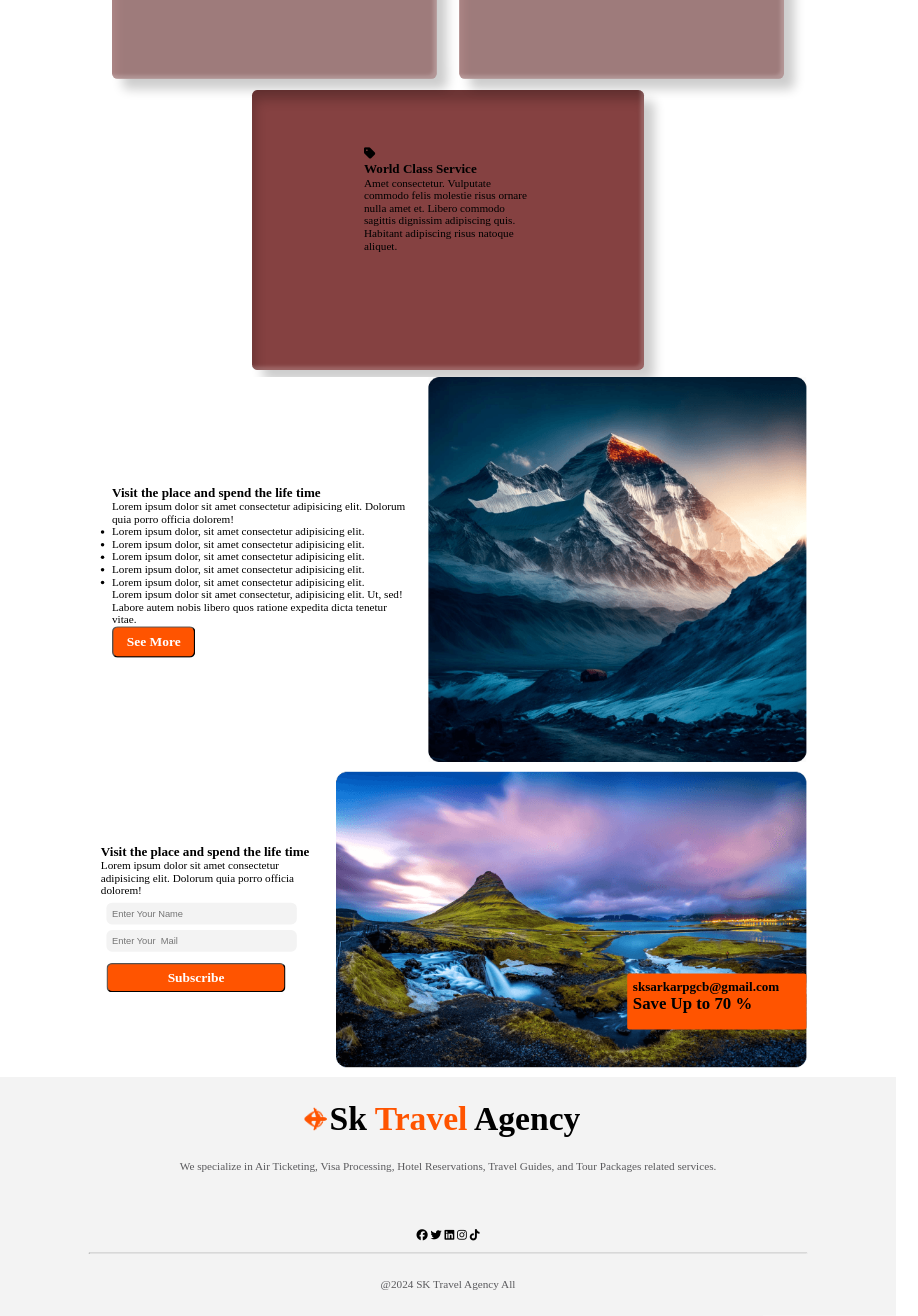
Repository: sumonkumarsarkar/Sk-Travel-Agency-
Page: index.html
An editor plug-in stored every save of this project. The page is shown before and after the next save, followed by the edit.
The browser window is 1280 px wide. The page is 1312 px wide, so the pictures cover 1312 px, including what lies to the right of the window. The pictures show the part of the page from y = 2851 to 4731 px (the page is 4731 px tall), at 70% of full size.

Above is the page before, as saved 2024-01-17 16:11:19.

### index.html
<!DOCTYPE html>
<html lang="en">
<head>
    <meta charset="UTF-8">
    <meta name="viewport" content="width=device-width, initial-scale=1.0">
    <title>Sk-Travel-Agency</title>
    <link rel="stylesheet" href="./style.css">

    <link rel="stylesheet" href="https://cdnjs.cloudflare.com/ajax/libs/font-awesome/6.5.1/css/all.min.css" integrity="sha512-DTOQO9RWCH3ppGqcWaEA1BIZOC6xxalwEsw9c2QQeAIftl+Vegovlnee1c9QX4TctnWMn13TZye+giMm8e2LwA==" crossorigin="anonymous" referrerpolicy="no-referrer" />
</head>
<body>
    <header>
         <div class="container">
            <nav>
                <div class="icon-header">
                    <p> <span><img src="./Images/Group 40071 (2).png" alt=""></span>Sk-Travel-Agency</p>
                </div>
                <div class="menu-header">
                    <ul>
                        <li><a href="#">Home</a></li>
                        <li><a href="#">About</a></li>
                        <li><a href="#">Package</a></li>
                        <li><a href="#">Blog</a></li>
                        <li><a href="#">Contact</a></li>
                    </ul>
                </div>
            </nav>
         </div>


<div class="container">
    <div class="banner-section">
        <h2>Our Service</h2>
        <p>Lorem ipsum dolor sit amet consectetur adipisicing elit. Placeat in, ex esse distinctio veritatis error?</p>
        <div class="banner-button">
         <h3>where </h3>
         <h3>when<span><i class="fa-solid fa-chevron-down"></i></span></h3>
         <h3>when<span><i class="fa-solid fa-chevron-down"></i></span></h3>

        <button type="button"> <span><i class="fa-solid fa-magnifying-glass"></i></span>Find Now</button>
        </div>
       </div>

</div>


<div class="container">
    <div class="container-item">
        <div class="text-item">
         <h3>Our Popular Place</h3>
         <p>Lorem ipsum dolor sit amet consectetur adipisicing elit. Dolorum quia porro officia dolorem!</p>
         <ul>
            <li><p>Lorem ipsum dolor, sit amet consectetur adipisicing elit.</p></li>
            <li><p>Lorem ipsum dolor, sit amet consectetur adipisicing elit.</p></li>
            <li><p>Lorem ipsum dolor, sit amet consectetur adipisicing elit.</p></li>
            <li><p>Lorem ipsum dolor, sit amet consectetur adipisicing elit.</p></li>
            <li><p>Lorem ipsum dolor, sit amet consectetur adipisicing elit.</p></li>
         </ul>
         <p>Lorem ipsum dolor sit amet consectetur, adipisicing elit. Ut, sed! Labore autem nobis libero quos ratione expedita dicta tenetur vitae.</p>
         <button type="button">See More</button>
        </div>
        <div class="container-img-item">
            <img src="./Images/Rectangle 4.png" alt="">
        </div>
    </div>
</div>

    </header>


    <main>


        <!-- Choose Your place start   -->


<div class="container">
     <div class="container-text">
        <h2>Choose Your Place</h2>
        <p>Lorem ipsum dolor sit, amet consectetur adipisicing elit. Molestias est ipsum fugiat nemo, quis impedit molestiae quibusdam similique consequatur ex.</p>
     </div>
     <div class="container-image">

        <div class="img-row">
            <div class="image">
                <img src="./Images/Rectangle 5.png" alt="">
                <h3>Maldives</h3>
             </div>
             <div class="image">
                <img src="./Images/Rectangle 5.png" alt="">
                <h3>Indonesia</h3>
             </div>
        </div>

        <div class="img-row">
            <div class="image">
                <img src="./Images/Rectangle 6.png" alt="">
                <h3>Srilanka</h3>
             </div>
             <div class="image">
                <img src="./Images/Rectangle 7.png" alt="">
                <h3>North America</h3>
             </div>
             <div class="image">
                <img src="./Images/Rectangle 9.png" alt="">
                <h3>Kashmi</h3>
             </div>
        </div>

        <div class="img-row">
            <div class="image">
                <img src="./Images/Rectangle 11.png" alt="">
                <h3>Bangladesh</h3>
             </div>
             <div class="image">
                <img src="./Images/Rectangle 10.png" alt="">
                <h3>Bandarban</h3>
             </div>
        </div>
     </div>
</div>

        <!-- Choose Your place end
           -->


   <!-- card start   -->



   <div class="container">
    <div class="container-text">
       <h2>Why Choose Us</h2>
       <p>Dolor sit amet consectetur. Diam volutpat neque habitasse pharetra odio sit massa. Sodales dictumst nec nibh pellentesque.</p>
    </div>

        <div class="container-card">
            <div class="card">
                <span><i class="fa-solid fa-hotel"></i></span>
                <h3>Handpicked Hotels</h3>
                <p>Amet consectetur. Vulputate commodo felis molestie risus  ornare nulla amet et. Libero commodo sagittis dignissim adipiscing quis. Habitant adipiscing risus natoque aliquet. </p>
            </div>
            <div class="card">
                <span><i class="fa-solid fa-location-dot"></i></span>
                <h3>World Class Service</h3>
                <p>Amet consectetur. Vulputate commodo felis molestie risus  ornare nulla amet et. Libero commodo sagittis dignissim adipiscing quis. Habitant adipiscing risus natoque aliquet.  </p>
            </div>
        </div>


        <div class="container">
             <div class="container-card-item">

                    <h3><i class="fa-solid fa-tag"></i></h3>
                    <h3>World Class Service</h3>
                    <p>Amet consectetur. Vulputate commodo felis molestie risus  ornare nulla amet et. Libero commodo sagittis dignissim adipiscing quis. Habitant adipiscing risus natoque aliquet. </p>

             </div>
        </div>




</div>





   <!-- card start   -->





        <!-- place part start  -->

<div class="container">
    <div class="container-item">
        <div class="text-item">
         <h3>Visit the place and spend the life time</h3>
         <p>Lorem ipsum dolor sit amet consectetur adipisicing elit. Dolorum quia porro officia dolorem!</p>
         <ul>
            <li><p>Lorem ipsum dolor, sit amet consectetur adipisicing elit.</p></li>
            <li><p>Lorem ipsum dolor, sit amet consectetur adipisicing elit.</p></li>
            <li><p>Lorem ipsum dolor, sit amet consectetur adipisicing elit.</p></li>
            <li><p>Lorem ipsum dolor, sit amet consectetur adipisicing elit.</p></li>
            <li><p>Lorem ipsum dolor, sit amet consectetur adipisicing elit.</p></li>
         </ul>
         <p>Lorem ipsum dolor sit amet consectetur, adipisicing elit. Ut, sed! Labore autem nobis libero quos ratione expedita dicta tenetur vitae.</p>
         <button type="button">See More</button>
        </div>
        <div class="container-img-item">
            <img src="./Images/Rectangle 4.png" alt="">
        </div>
    </div>
</div>


 <!-- place part end  -->


 <div class="container">
    <div class="container-item">
        <div class="text-form">
         <h3>Visit the place and spend the life time</h3>
         <p>Lorem ipsum dolor sit amet consectetur adipisicing elit. Dolorum quia porro officia dolorem!</p>

         <form>
            <input type="text" placeholder="Enter Your Name">
            <input type="text" placeholder="Enter Your  Mail">
         </form>
         <button type="button">Subscribe</button>
        </div>
        <div class="container-img-item">
            <div class="img">
                <img src="./Images/Rectangle 8 (1).png" alt="">
            </div>
            <div class="img-text">
                <h3>sksarkarpgcb@gmail.com</h3>
                <h2>Save Up to 70 %</h2>
            </div>

        </div>
    </div>
</div>



<!-- form part start  -->




<!-- form part end  -->


    </main>









        <footer>
            <div class="footer-container">

                    <div class="nornal-text">
                           <span><img class="icon-footer" src="./Images/Group 40071 (2).png" alt=""></span>
                           <h3>Sk <span class="travel">Travel</span>  Agency</h3>
                            <p>We specialize in Air Ticketing, Visa Processing, Hotel Reservations, Travel Guides, and Tour Packages related services. </p>
                    </div>

                <div class="icon-img">
                    <i class="fa-brands fa-facebook"></i>
                    <i class="fa-brands fa-twitter"></i>
                    <i class="fa-brands fa-linkedin"></i>
                    <i class="fa-brands fa-instagram"></i>
                    <i class="fa-brands fa-tiktok"></i>
                </div>

                <hr>

               <div class="last-text">
                 <p>@2024 SK Travel Agency All</p>

               </div>


         </footer>





</body>
</html>

### style.css
* {
    margin: 0;
    padding: 0;
}



/* main Choose Your place start  */

.container-text {
    text-align: center;
    padding: 4rem;
}

.img-row {
    display: flex;
    width: 100%;
    gap: .1rem;


}

.image img {
    width: 100%;

}

.image h3 {
    position: relative;
    top: -10rem;
    left: 10rem;
    color: #FFF;
}



/* card start  */
.container-card {
    display: flex;
    padding: 1rem;
    justify-content: space-around;
    align-items: center;
}


.card {
    height: 25rem;
    width: 25rem;
    background: #9e7b7b;
    border-radius: .5rem;
    padding: 2rem;
    box-shadow: -15px -15px 15px rgba(255, 255, 255, .2),
        15px 15px 15px rgba(0, 0, 0, .2),
        inset -5px -5px 5px rgba(255, 255, 255, .2),
        inset 5px 15px 15px rgba(245, 183, 183, 0.2);


}

.container-card-item {
    margin: 0 auto;
    padding: 5rem 10rem;
    background: #854141;
    height: 15rem;
    width: 15rem;
    border-radius: .5rem;
    box-shadow: -15px -15px 15px rgba(255, 255, 255, .2),
        15px 15px 15px rgba(0, 0, 0, .2),
        inset -5px -5px 5px rgba(255, 255, 255, .2),
        inset 5px 15px 15px rgba(0, 0, 0, .2);


}

/* card end  */




/* main Choose Your place end */




/* header menu bar start  */




nav {
    display: flex;
    justify-content: space-between;
    align-items: center;
    margin-bottom: 1rem;
}

.icon-header {
    align-items: center;
    padding: 20px;
}

.icon-header img {
    width: 1rem;
    height: 1rem;
}

.menu-header ul {
    list-style: none;

}

.menu-header ul li {
    display: inline-block;
    padding: 10px 10px;

}

.menu-header ul li a {
    text-decoration: none;
}

.banner-section {
    background-image: url("./Images/Group 13 (1) (1).png");
}




.banner-section {
    text-align: center;
    padding: 15rem;


}

.banner-button h3 {
    display: inline-block;
    padding: 1rem .5rem;
    color: #FFF;
    margin: 0 1rem;
}

/* header menu bar end  */


/* main place part start  */
.container-item {
    display:flex;
    justify-content: space-around;
    align-items: center;
    margin: 10px auto;
    background: #FFF;
}

.container-item .text-item {
    padding:2rem;
}
.container-img-item{
    position: relative;
}
.container-img-item .img-text{
    border-radius:.2rem;
   background: #FF5400;
   width:15rem;
    height: 4rem;
    padding: .5rem;
/* transform: rotate(-19.628deg); */
flex-shrink: 0;
position: absolute;
top: 18rem;
right: 0;
}

button {
    color: #FFF;
    text-align: center;
    font-family: Mulish;
    font-size: 1.2rem;
    font-style: normal;
    font-weight: 800;
    padding: .6rem 1.2rem;
    border-radius: .5rem;
    background: #FF5400;
    margin:0 auto;

}



/* form part start  */

.text-form form input {
    display: block;
    padding: .5rem;
    width: 80%;
    margin: .5rem;
    border: none;
    border-radius: .5rem;
    background: rgba(19, 19, 24, 0.05);



}

.text-form {

    padding: .5rem;
    width: 80%;
    margin: .5rem;
}

.text-form button {

    padding: .5rem;
    width: 80%;
    margin: .5rem;
}

/* form part end  */




/* main place part end */



/* footer section start  */
.footer-container {
    background: rgba(19, 19, 24, 0.05);
    margin: 0 auto;

}

.nornal-text {
    text-align: center;
    padding: 2rem 2rem;
}

span .icon-footer{
    height:2rem;
    width: 2rem;

}


.footer-container .nornal-text p {
    text-align: center;
    padding: 2rem 2rem;
    color: #5A5A5D;
    font-family: Mulish;

    font-weight: 400;



}

.footer-container .nornal-text h3 {

    display: inline-block;
    font-size: 3rem;
    margin-right: 1rem;


}

.footer-container .icon-img {
    text-align:center;
    padding: 1rem 2rem;
    align-content:center;



}

.footer-container .last-text {

    text-align: center;
    padding: 2rem 2rem;
    color: #5A5A5D;
    font-family: Mulish;
    font-weight: 400;
    line-height: 1.5rem;

}

.container,
hr {
    width: 80%;
    margin: 0 auto;


}

.travel {
    color: #FF5400;
}




/* footer section end  */



/* For mobile device  */



@media screen and (max-width:600px) {

    .footer-container .nornal-text p {
        padding: 1rem;
    }


    .footer-container .last-text {
        padding: 1rem 1rem;

    }

    .footer-container .nornal-text h3 {
        display: inline-block;
        font-size: 1rem;

    }

    span .icon-footer{
        height:1rem;
        width: 1rem;

    }
}

After the next save:
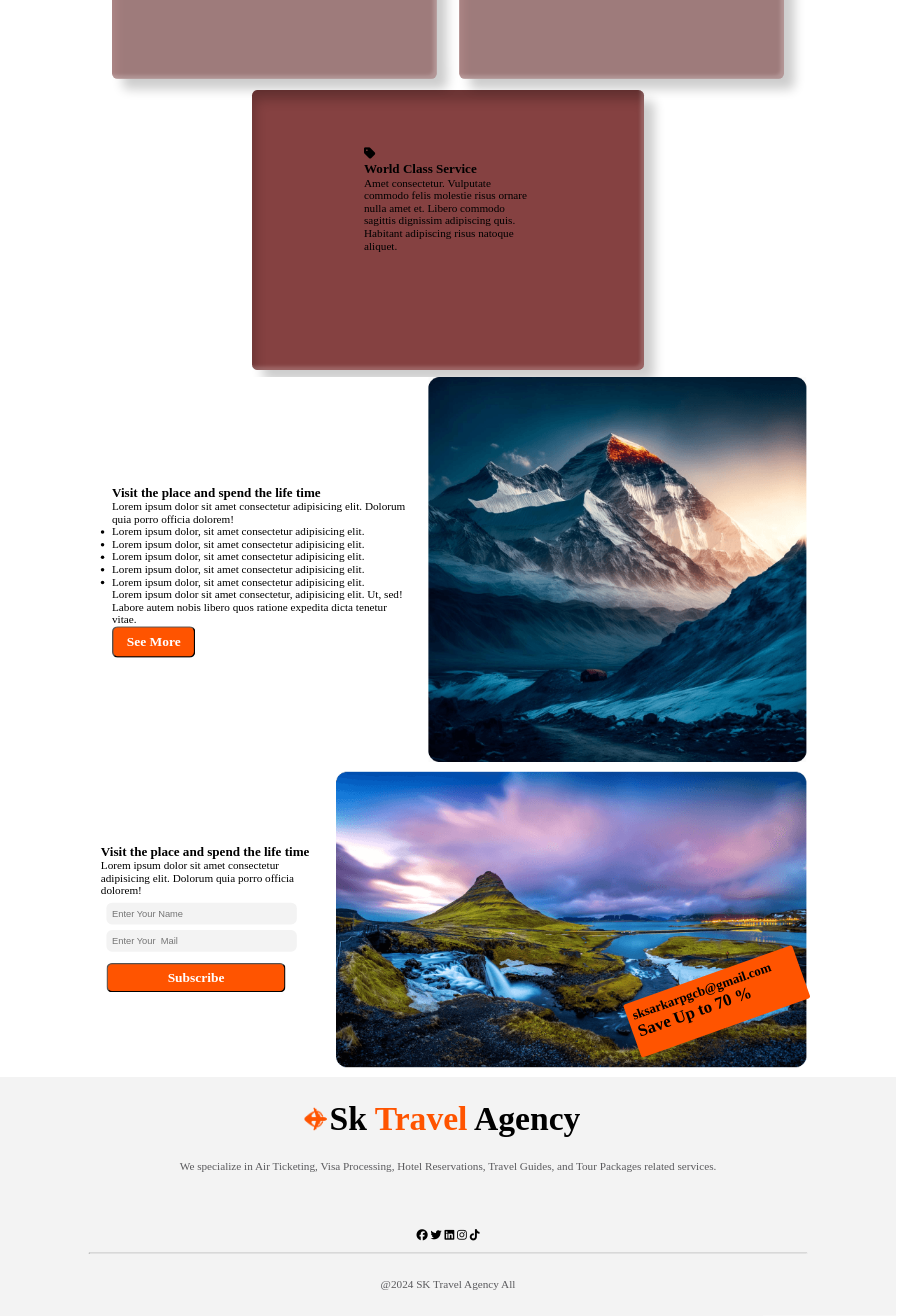
Saved 10 s later.
--- a/style.css
+++ b/style.css
@@ -164,7 +164,7 @@ nav {
    width:15rem;
     height: 4rem;
     padding: .5rem;
-/* transform: rotate(-19.628deg); */
+transform: rotate(-19.628deg);
 flex-shrink: 0;
 position: absolute;
 top: 18rem;
